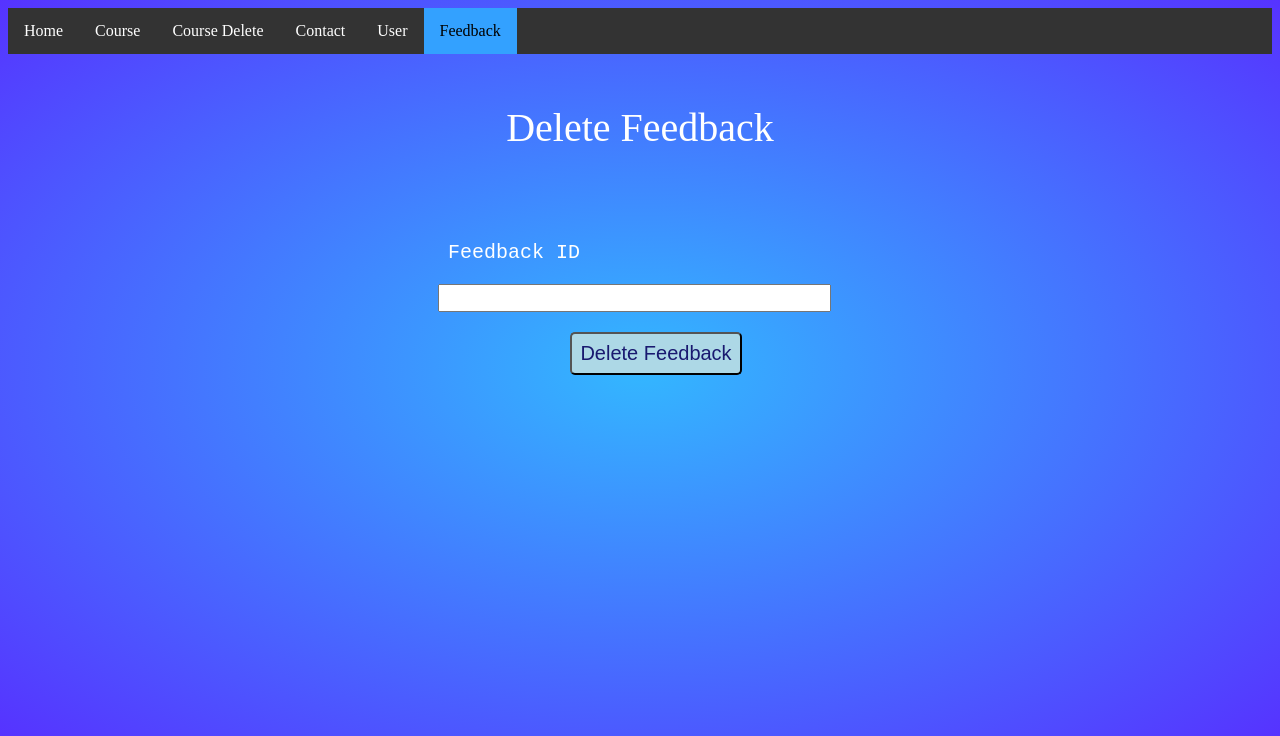
Repository: ShreyasG27/Amdocs-Training
Page: http://localhost/elearning-frontend/feedbackdisplay.jsp
These files come from the project's save history. The page is drawn as it stood at one moment and after the next save; the edit follows.
The browser window is 1280 px wide. The pictures show the whole page.
The page is served by Tomcat 9. Nobody is signed in. The application's start-up code is not run. Other server files are loaded and not shown. Queries for data that is not in the repository find no rows.

Above is the page before, as saved 2021-08-22 19:58:54.

### elearning-frontend/WebContent/feedbackdisplay.jsp
<%@ page language="java" contentType="text/html; charset=ISO-8859-1"
    pageEncoding="ISO-8859-1"%>
<!DOCTYPE html PUBLIC "-//W3C//DTD HTML 4.01 Transitional//EN" "http://www.w3.org/TR/html4/loose.dtd">
<html>
<head>
<meta http-equiv="Content-Type" content="text/html; charset=ISO-8859-1">
<title>Feedback Page Admin</title>
<style>
body{
	background-image: radial-gradient(#33B7FF,#5633ff);
	color: white;
	height: 100vh;
}
.heading{
font-size:40px;
margin-top: 50px;
}
.submitbutton{
	margin-left:460px;
	padding:8px;
	font-size:20px;
	color: midnightblue;
	background-color:lightblue;
	border-radius:5px;
	margin-top: 20px;
}
.submitbutton:hover{
	margin-left:460px;
	padding:8px;
	font-size:20px;
	color: midnightblue;
	background-color:cyan;
	border-radius:5px;
	margin-top: 20px;
}
.deletebutton{
	margin-left:500px;
	padding:8px;
	font-size:20px;
	color: midnightblue;
	background-color:lightblue;
	border-radius:5px;
	margin-top: 20px;
}
.deletebutton:hover{
	margin-left:500px;
	padding:8px;
	font-size:20px;
	color: midnightblue;
	background-color:cyan;
	border-radius:5px;
	margin-top: 20px;
}
.inputfld{
	margin-left: 430px;
	padding: 5px;
	broder-radius:10px;
	font-size:12px;
	width:30%;
}
.inputfld1{
	margin-left: 420px;
	padding: 5px;
	broder-radius:10px;
	font-size:12px;
	width:30%;
}
.inputfld2{
	margin-left: 438px;
	padding: 5px;
	broder-radius:10px;
	font-size:12px;
	width:30%;
}
.txtfld{
	font-size:20px;
	margin-left:440px;
}
ul {
  list-style-type: none;
  margin: 0;
  padding: 0;
  overflow: hidden;
  background-color: #333;
  width:100%;
}

li {
  float: left;
}

li a {
  display: block;
  color: white;
  text-align: center;
  padding: 14px 16px;
  text-decoration: none;
}

li a:hover:not(.active) {
  background-color: #111;
}

.active {
  background-color: #33A1FF;
  color: black;
}
</style>
</head>
<body>
<ul>
  <li><a href="afterloginadm.jsp">Home</a></li>
  <li><a href="course.jsp">Course</a></li>
  <li><a href="coursedisp.jsp">Course Delete</a></li>
  <li><a href="contactdisplay.jsp">Contact</a></li>
  <li><a href="userdisplay.jsp">User</a></li>
  <li><a class="active" href="feedbackdisplay.jsp">Feedback</a></li>
</ul>


<center><p class="heading">Delete Feedback</p></center>
<form action="feedbackdel" method="POST">
    <pre>

     <p class="txtfld">Feedback ID</p><input class="inputfld" type="number" name="feedbackid">
     	<input class="deletebutton" type="submit" value="Delete Feedback"><br>


    </pre>
</form>
</body>
</html>

After the next save:
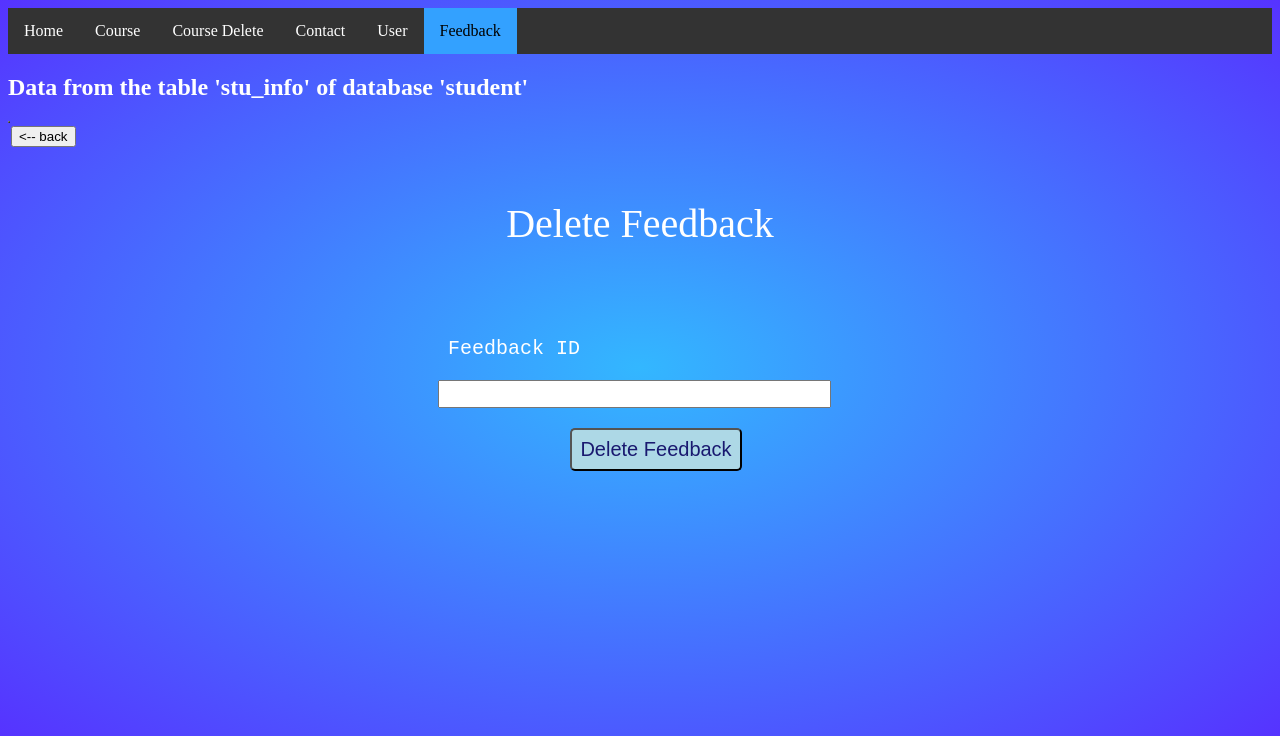
Saved 7 h 45 min later.
--- a/elearning-frontend/WebContent/feedbackdisplay.jsp
+++ b/elearning-frontend/WebContent/feedbackdisplay.jsp
@@ -1,5 +1,7 @@
 <%@ page language="java" contentType="text/html; charset=ISO-8859-1"
     pageEncoding="ISO-8859-1"%>
+    <%@ page import="java.sql.*" %>
+<%@ page import="java.io.*" %>
 <!DOCTYPE html PUBLIC "-//W3C//DTD HTML 4.01 Transitional//EN" "http://www.w3.org/TR/html4/loose.dtd">
 <html>
 <head>
@@ -116,7 +118,62 @@ li a:hover:not(.active) {
   <li><a href="userdisplay.jsp">User</a></li>
   <li><a class="active" href="feedbackdisplay.jsp">Feedback</a></li>
 </ul>
-
+ <h2>Data from the table 'stu_info' of database 'student'</h2>
+<%
+try {
+/* Create string of connection url within specified format with machine
+name, port number and database name. Here machine name id localhost and
+database name is student. */
+String connectionURL = "jdbc:mysql://localhost:3306/elearningschema";
+// declare a connection by using Connection interface
+Connection connection = null;
+/* declare object of Statement interface that is used for executing sql
+statements. */
+Statement statement = null;
+// declare a resultset that uses as a table for output data from tha table.
+ResultSet rs = null;
+// Load JBBC driver "com.mysql.jdbc.Driver"
+Class.forName("com.mysql.cj.jdbc.Driver").newInstance();
+/* Create a connection by using getConnection() method that takes parameters
+of string type connection url, user name and password to connect to database.*/
+connection = DriverManager.getConnection(connectionURL, "root", "root");
+/* createStatement() is used for create statement object that is used for
+sending sql statements to the specified database. */
+statement = connection.createStatement();
+// sql query to retrieve values from the secified table.
+String QueryString = "SELECT * from stu_info";
+rs = statement.executeQuery(QueryString);
+%>
+<TABLE cellpadding="15" border="1" style="background-color: #ffffcc;">
+<%
+while (rs.next()) {
+%>
+<TR>
+<TD><%=rs.getInt(1)%></TD>
+<TD><%=rs.getString(2)%></TD>
+<TD><%=rs.getString(3)%></TD>
+<TD><%=rs.getString(4)%></TD>
+</TR>
+<% } %>
+<%
+// close all the connections.
+rs.close();
+statement.close();
+connection.close();
+} catch (Exception ex) {
+%>
+</font>
+<font size="+3" color="red"></b>
+<%
+out.println("Unable to connect to database.");
+}
+%>
+</TABLE><TABLE>
+<TR>
+<TD><FORM ACTION="welcome_to_database_query.jsp" method="get" >
+<button type="submit"><-- back</button></TD>
+</TR>
+</TABLE>
 
 <center><p class="heading">Delete Feedback</p></center>
 <form action="feedbackdel" method="POST">
